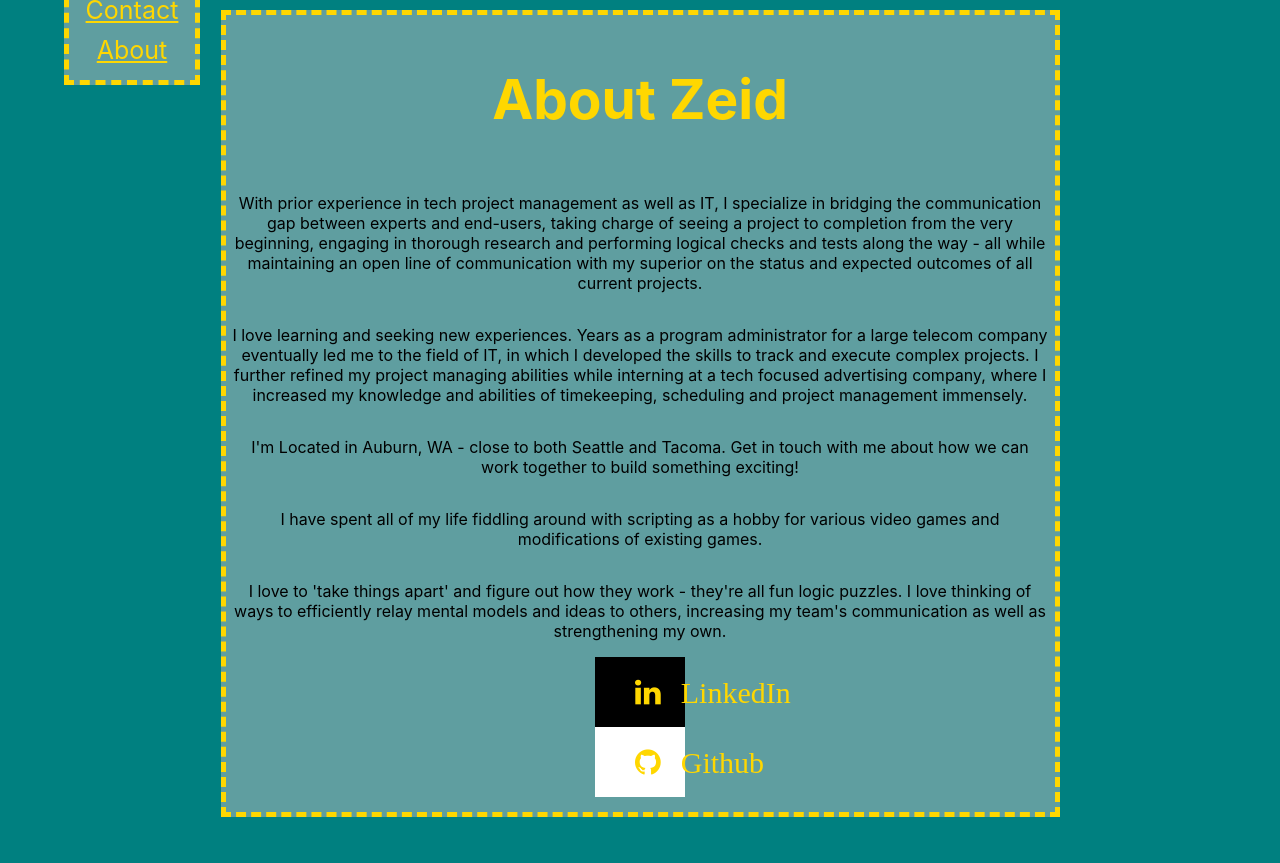
Repository: zeidalidiez/portfolioreact
Page: /
These files come from the project's save history. The page is drawn as it stood at one moment and after the next save; the edit follows.
The browser window is 1280 px wide. The pictures show the whole page.
The project was rebuilt for these pictures with package versions that can differ from the ones it lists, and the page was loaded fresh each time. Also part of the build but not shown: src/components/Thumbnail.js, src/components/Projects.js, src/components/Contact.js.

Above is the page before, as saved 2021-02-08 19:06:45.

### public/index.html
<!DOCTYPE html>
<html lang="en">
  <head>
    <meta charset="utf-8" />
    <link href="data:[embedded picture, 289 characters]" rel="icon" type="image/x-icon" />    <meta name="viewport" content="width=device-width, initial-scale=1" />
    <link rel="stylesheet" href="https://cdnjs.cloudflare.com/ajax/libs/font-awesome/4.7.0/css/font-awesome.min.css">
    <meta name="theme-color" content="#000000" />
    <meta
      name="description"
      content="Web site created using create-react-app"
    />    <!--
      manifest.json provides metadata used when your web app is installed on a
      user's mobile device or desktop. See https://developers.google.com/web/fundamentals/web-app-manifest/
    -->
    <link rel="manifest" href="%PUBLIC_URL%/manifest.json" />
    <!--
      Notice the use of %PUBLIC_URL% in the tags above.
      It will be replaced with the URL of the `public` folder during the build.
      Only files inside the `public` folder can be referenced from the HTML.

      Unlike "/favicon.ico" or "favicon.ico", "%PUBLIC_URL%/favicon.ico" will
      work correctly both with client-side routing and a non-root public URL.
      Learn how to configure a non-root public URL by running `npm run build`.
    -->
    <title>Zeid Diez - Portfolio</title>
  </head>
  <body>
    <noscript>You need to enable JavaScript to run this app.</noscript>
    <div id="root"></div>
    <!--
      This HTML file is a template.
      If you open it directly in the browser, you will see an empty page.

      You can add webfonts, meta tags, or analytics to this file.
      The build step will place the bundled scripts into the <body> tag.

      To begin the development, run `npm start` or `yarn start`.
      To create a production bundle, use `npm run build` or `yarn build`.
    -->
  </body>
</html>

### src/index.js
import React from 'react';
import ReactDOM from 'react-dom';
import './index.css';
import App from './components/App';
import reportWebVitals from './reportWebVitals';

ReactDOM.render(
  <React.StrictMode>
  <App />
  </React.StrictMode>,
  document.getElementById('root')
);

// If you want to start measuring performance in your app, pass a function
// to log results (for example: reportWebVitals(console.log))
// or send to an analytics endpoint. Learn more: https://bit.ly/CRA-vitals
reportWebVitals();

### src/components/App.js
// App.jsx

import React from 'react';
// Import the BrowserRouter, Route and Link components
import {Route, BrowserRouter as Router, Link} from "react-router-dom";
import Projects from './Projects.js';
import Contact from './Contact.js';
import About from './About.js';
import './App.css';

function App() {
  return (
    <header>
    <Router>
      <div className="App">
        <Route exact path="/Projects" component={Projects} />
        <Route exact path="/Contact" component={Contact} />
        <Route exact path="/About" component={About} />
        <Route exact path="/" component={About} />
  <nav>
        <div className="navigation">
          <div className="navigation-sub">
            <Link to="/Projects" className="item">Projects</Link>
            <Link to="/Contact" className="item">Contact</Link>
            <Link to="/About" className="item">About</Link>

          </div>
        </div>
        </nav>
      </div>
    </Router>
    <menu>

</menu>
    </header>


  );
}

export default App;

### src/components/About.js
import React from "react"

function About(props) {
  return (
    <div className="aboutDiv">
      <h2>About Zeid</h2>
      <p>With prior experience in tech project management as well as IT, I specialize in bridging the communication gap between experts and end-users, taking charge of seeing a project to completion from the very beginning, engaging in thorough research and performing logical checks and tests along the way - all while maintaining an open line of communication with my superior on the status and expected outcomes of all current projects. </p>
      <p>I love learning and seeking new experiences. Years as a program administrator for a large telecom company eventually led me to the field of IT, in which I developed the skills to track and execute complex projects. I further refined my project managing abilities while interning at a tech focused advertising company, where I increased my knowledge and abilities of timekeeping, scheduling and project management immensely.</p>
      <p>I'm Located in Auburn, WA - close to both Seattle and Tacoma. Get in touch with me about how we can work together to build something exciting! </p>
      <p>I have spent all of my life fiddling around with scripting as a hobby for various video games and modifications of existing games.</p>
      <p>I love to 'take things apart' and figure out how they work - they're all fun logic puzzles. I love thinking of ways to efficiently relay mental models and ideas to others, increasing my team's communication as well as strengthening my own.</p>

      <a href="https://www.linkedin.com/in/zeid-diez/" class="fa fa-linkedin">LinkedIn</a>
      <a href="https://github.com/zeidalidiez" class="fa fa-github">Github</a>
    </div>
  )
}

export default About;

### src/components/App.css

body {
  background-color: teal;
  display: grid;
}
div {
display: grid;
padding: 5px;
position: relative;
text-align: center;
padding-bottom: 15px;

}
 .projectDiv {
  background-color: cadetblue;
  width: 65%;
  justify-self: center;
  align-self: center;
  align-items: center;
  border: 5px dashed gold;
 }
h2 {
  color: Gold;
  font-size: 55px;
}

/* div.project {
  text-align: center;
  font-family: Georgia, "Times New Roman", Times, serif;
  font-style: italic;
  padding-bottom: 15px;
  border: 5px dashed gold;
  width: 80%;
  justify-self: center;
} */

div.project-title {
  position: relative;
  text-align: center;
  font-family: Georgia, "Times New Roman", Times, serif;
  font-style: italic;
  padding-bottom: 15px;

}

.navigation {
text-align: center;
align-self: center;
top: 0;
position: fixed;
  }

.navigation-sub {
padding: 10px;
text-align: center;
align-self: center;
bottom: auto;
left: 5%;
position: fixed;
border: 5px dashed gold;
background-color: cadetblue;
font-size: 25px;
}

a {
  display: grid;
padding: 5px;
text-align: center;
align-self: center;
}

img {
  display: block;
  margin-left: auto;
  margin-right: auto;
  width: 50%;
}


/* unvisited link */
a:link {
  color: gold;
}

/* visited link */
a:visited {
  color: rgb(255, 208, 0);
}

/* mouse over link */
a:hover {
  color: rgb(255, 174, 0);
}

/* selected link */
a:active {
  color: rgb(255, 0, 0);
}

.aboutDiv {
  background-color: cadetblue;
  width: 65%;
  justify-self: center;
  border: 5px dashed gold;

}

form {
  background-color: cadetblue;
  width: 65%;
  justify-self: center;
  padding-bottom: 60px;
  display: grid;
  border: 5px dashed gold;
}

.emailInput {
  width: 100%;
  padding: 12px 20px;
  margin: 8px 0;
  box-sizing: border-box;
}

.messageInput {
  width: 100%;
  box-sizing: border-box;
  height: 150px;
  border-radius: 4px;
  resize: none;
}

/* Style all font awesome icons */
.fa {
  padding: 20px;
  font-size: 50px;
  width: 50px;
  text-align: center;
  text-decoration: none;
  justify-self: center;
}

/* Add a hover effect if you want */
.fa:hover {
  opacity: 0.7;
}

/* Set a specific color for each brand */

/* linkedin */
.fa-linkedin {
  background: #000000;
  color: white;
  font-size: 30px;
}

/* github */
.fa-github {
  background: #ffffff;
  color: rgb(0, 0, 0);
  font-size: 30px;
}

a.fa.fa-linkedin::before {
  padding: 20px;
}

a.fa.fa-github::before {
  padding: 20px;
}

a.fa.fa-linkedin::after {
  font-size: 20px;
}

a.fa.fa-github::after {
  font-size: 20px;
}

@media screen and (max-width: 800px) {
  .navigation {
    text-align: center;
    align-self: center;
    top: 0;
    position: fixed;
      }

    .navigation-sub {
    padding: 10px;
    text-align: center;
    align-self: center;
    bottom: auto;
    left: 5%;
    position: fixed;
    border: 5px dashed gold;
    background-color: cadetblue;
    font-size: 10px;
    }
}

Loaded but not shown: src/index.css (common file); src/reportWebVitals.js (common file)

After the next save:
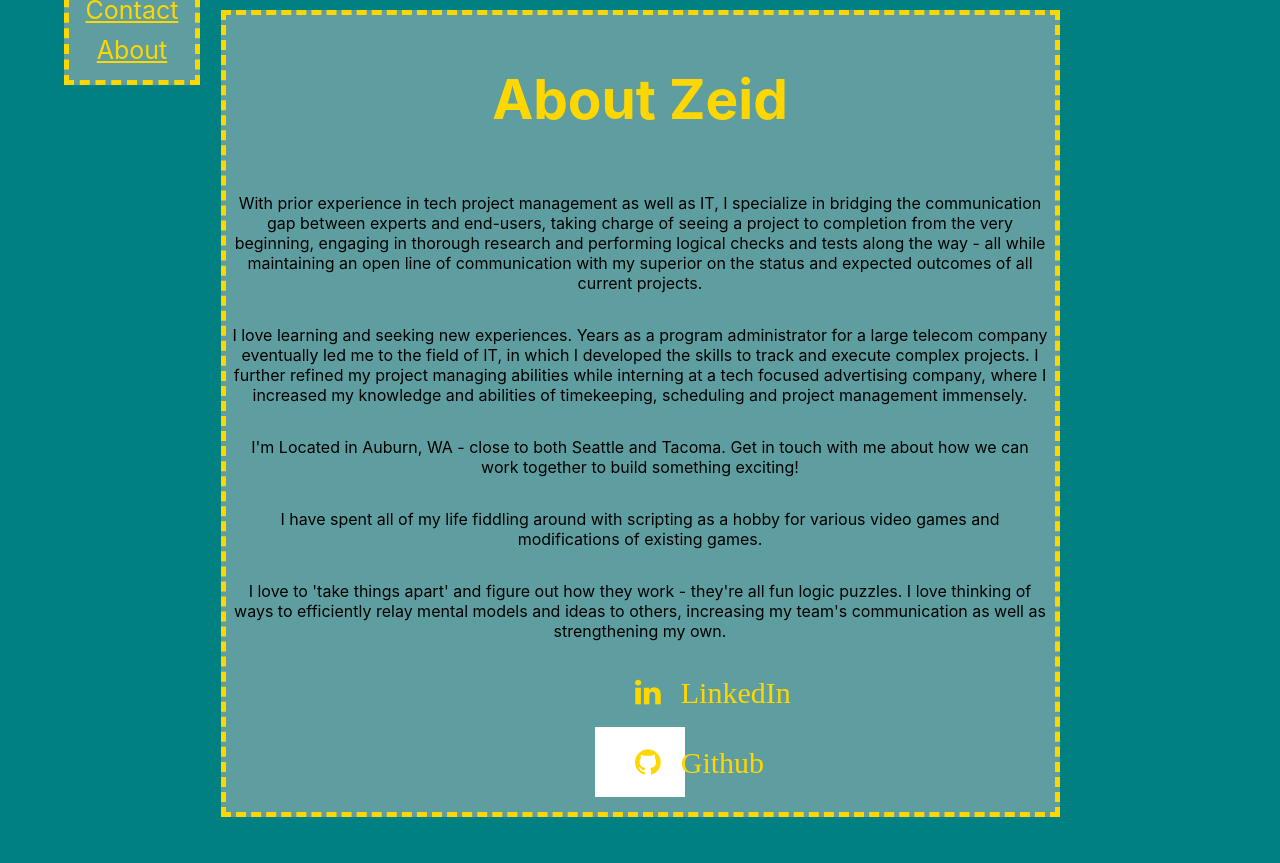
Saved 18 s later.
--- a/src/components/App.css
+++ b/src/components/App.css
@@ -148,8 +148,6 @@ form {
 
 /* linkedin */
 .fa-linkedin {
-  background: #000000;
-  color: white;
   font-size: 30px;
 }
 
